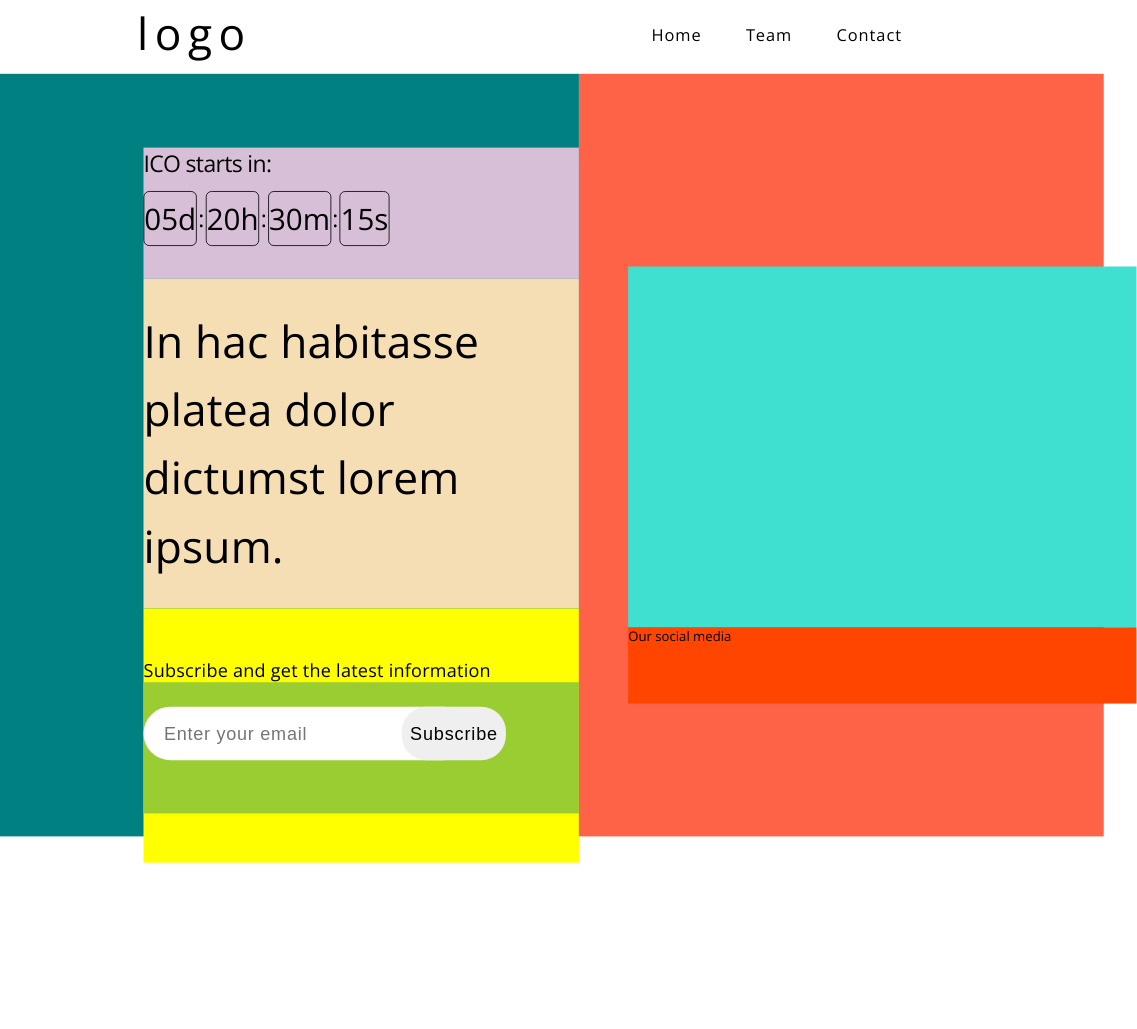
Repository: McGregorSt/newOne
Page: index.html
An editor plug-in stored every save of this project. The page is shown before and after a run of saves, followed by the edit.
The browser window is 1280 px wide. The page is 1386 px wide, so the pictures cover 1386 px, including what lies to the right of the window. The pictures show the whole page, at 82% of full size.

Above is the page before, as saved 2019-12-13 18:56:08.

After the next 2 saves:
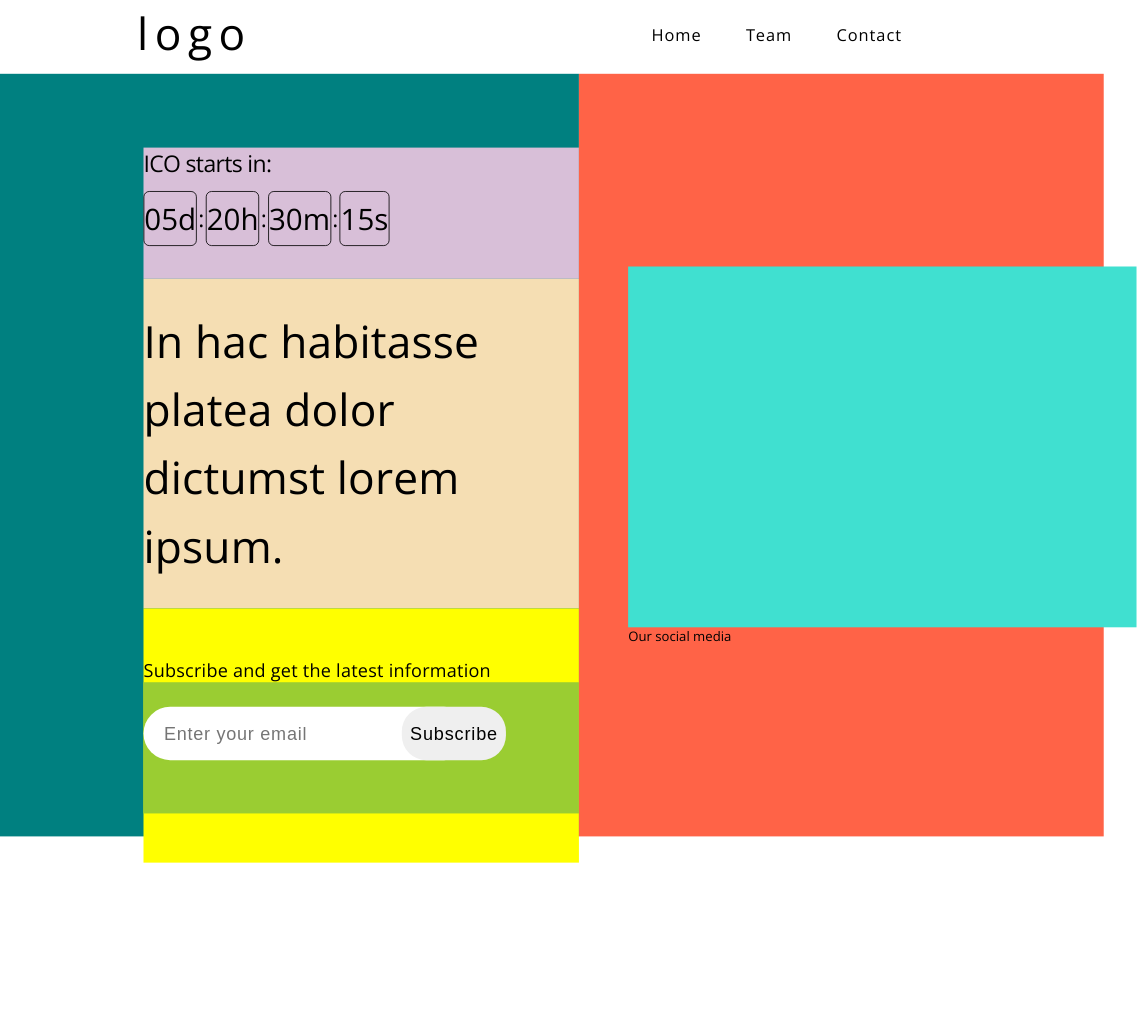
The 2 saves are shown as one change because they came seconds apart.
The last was saved 8 s later.
--- a/css/style.css
+++ b/css/style.css
@@ -141,6 +141,7 @@
   height: 10%;
   display: flex;
   flex-direction: column;
+  ali
   background-color: orangered;
 }
 

After the 2 saves that followed:
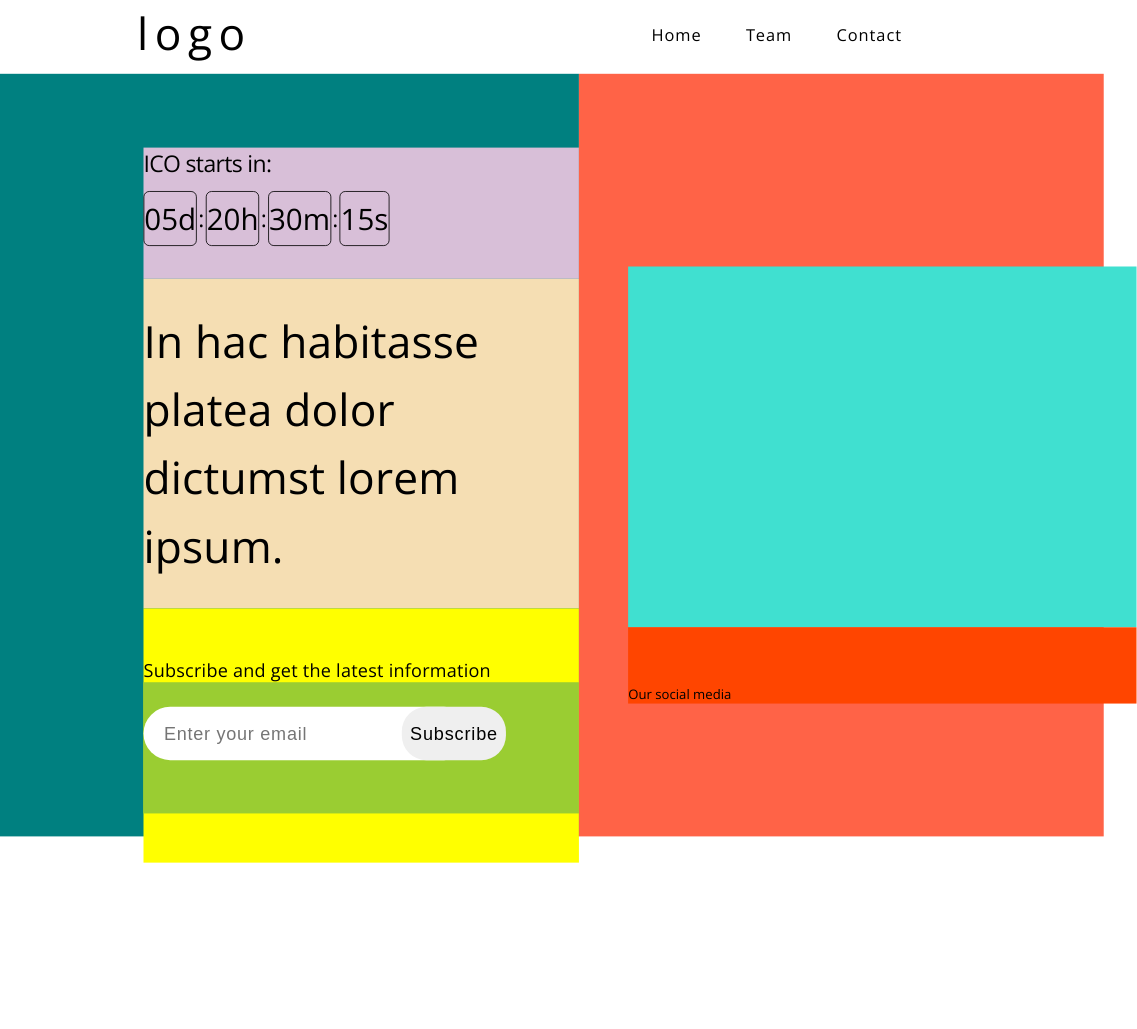
The 2 saves are shown as one change because they came seconds apart.
The last was saved 8 s later.
--- a/css/style.css
+++ b/css/style.css
@@ -141,7 +141,7 @@
   height: 10%;
   display: flex;
   flex-direction: column;
-  ali
+  justify-content: end;
   background-color: orangered;
 }
 
